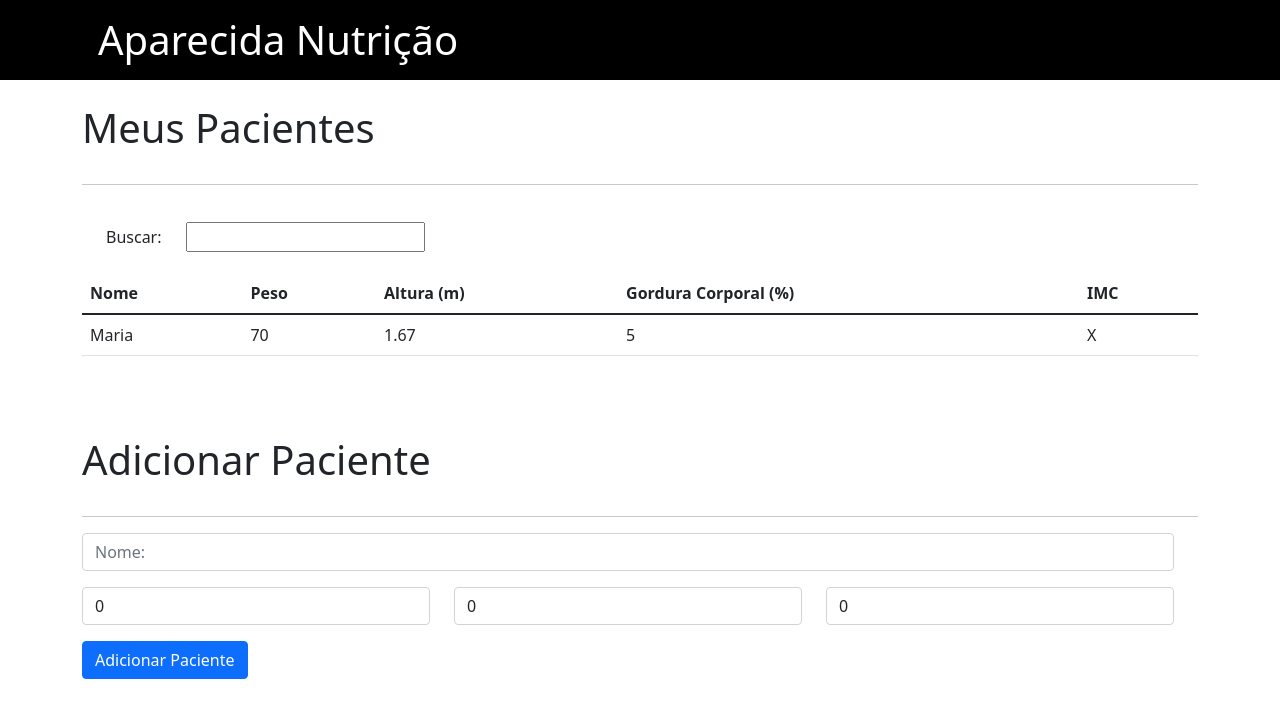
Repository: eversonps/app-paciente
Page: / (app in frontend/)
The author's editor kept a copy of each file at every save. The page is drawn from the files as they stood at one save, then again after the next save.
The browser window is 1280 px wide. The pictures show the whole page.
The project was rebuilt for these pictures with package versions that can differ from the ones it lists, and the page was loaded fresh each time.

Above is the page before, as saved 2022-03-28 15:02:26.

After the next save:
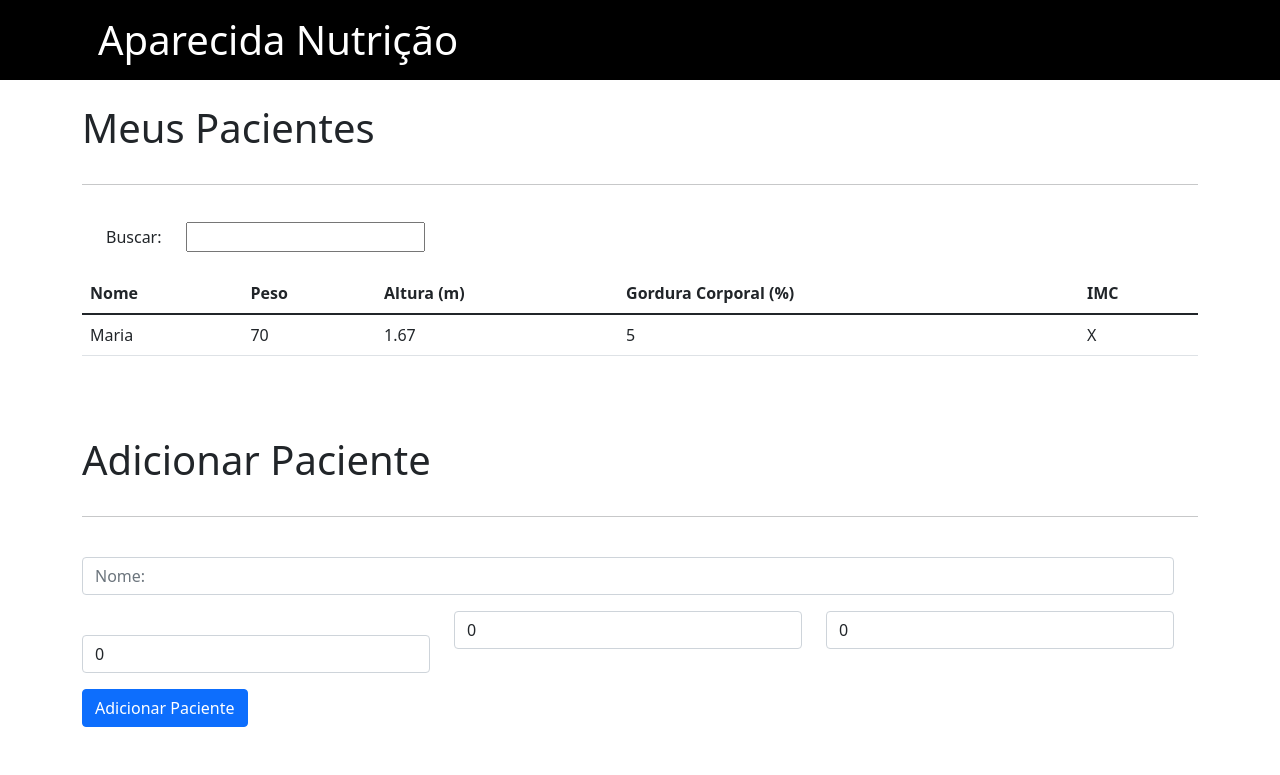
Saved 37 s later.
--- a/frontend/src/Templates/FormPacients.jsx
+++ b/frontend/src/Templates/FormPacients.jsx
@@ -22,11 +22,13 @@ export default class FormPacients extends Component{
                 <div className="row">
                     <div className="row mb-3">
                         <div className="col">
+                            <label htmlFor="Nome:"></label>
                             <input type="text" className="form-control" onChange = {e => this.setState(e)} placeholder="Nome:" value={this.state.nome}/>
                         </div>
                     </div>
                     <div className="row">
                         <div className="col">
+                            <label htmlFor="Peso:"></label>
                             <input type="number" className="form-control" placeholder="Peso:" value={this.state.peso}/>
                         </div>
                         <div className="col">
